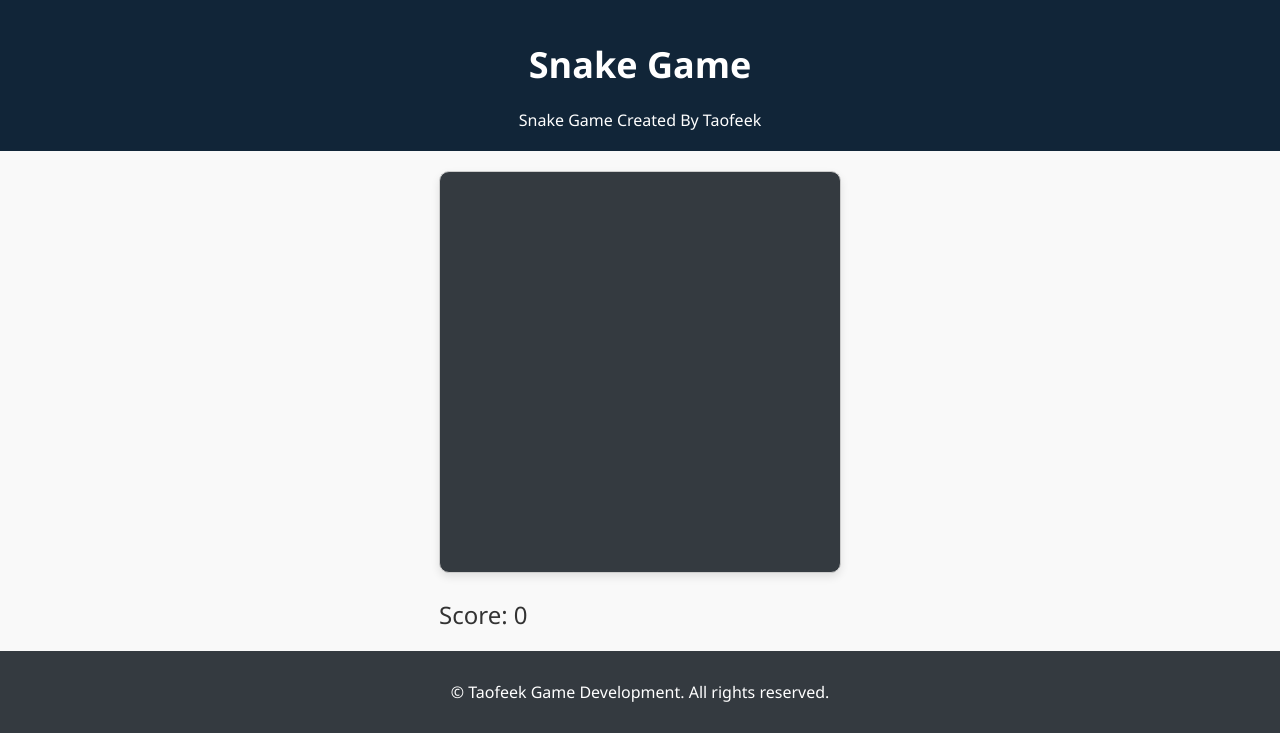
Repository: Taofeekolusola/Landing-page
Page: index.html
These files come from the project's save history. The page is drawn as it stood at one moment and after the next save; the edit follows.
The browser window is 1280 px wide. The pictures show the whole page.

Above is the page before, as saved 2024-05-06 18:16:55.
Not found: script.js

### index.html
<!DOCTYPE html>
<html lang="en">
<head>
    <meta charset="UTF-8">
    <meta name="viewport" content="width=device-width, initial-scale=1.0">
    <title>Snake Game</title>
    <link rel="stylesheet" href="styles.css">
</head>
<body>
    <header>
        <div class="container">
            <h1>Snake Game</h1>
        </div>
        <div class="name">Snake Game Created By Taofeek</div>
    </header>
    <main>
        <div>
            <canvas class="snake"></canvas>
            <div id="score">Score: 0</div>
        </div>
    </main>
    <footer>
        <div class="container">
            <p>&copy; Taofeek Game Development. All rights reserved.</p>
        </div>
    </footer>
    <script src="script.js"></script>
</body>
</html>

### styles.css
body {
    font-family: 'Segoe UI', Tahoma, Geneva, Verdana, sans-serif;
    margin: 0;
    padding: 0;
    display: flex;
    flex-direction: column;
    min-height: 100vh;
    background-color: #f9f9f9;
}

.container {
    width: 80%;
    max-width: 800px;
    margin: 0 auto;
    padding: 20px;
}

header {
    background-color: #112538;
    color: #fff;
    text-align: center;
    padding: 20px 0;
}

header h1 {
    font-size: 36px;
    margin: 0;
}

.snake {
    height: 400px;
    width: 400px;
    margin-top: 20px;
    background-color: #343a40
}

main {
    flex-grow: 1;
    display: flex;
    justify-content: center;
    align-items: center;
}

canvas {
    border: 1px solid #ccc;
    border-radius: 10px;
    box-shadow: 0 4px 8px rgba(0, 0, 0, 0.1);
}

#score {
    margin-top: 20px;
    font-size: 24px;
    color: #333;
}

footer {
    background-color: #343a40;
    color: #fff;
    text-align: center;
    padding: 10px 0;
    margin-top: 20px;
}

footer p {
    margin: 0;
}

After the next save:
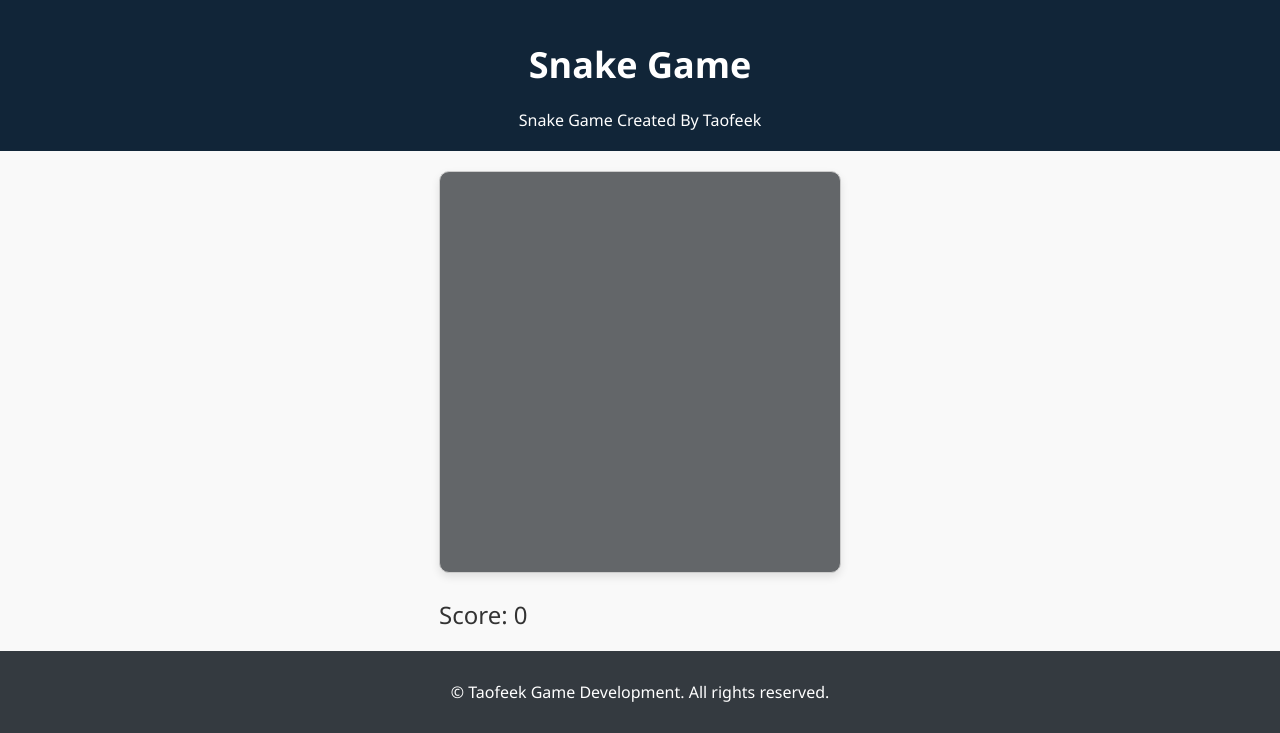
Saved 8 s later.
--- a/styles.css
+++ b/styles.css
@@ -31,7 +31,7 @@ header h1 {
     height: 400px;
     width: 400px;
     margin-top: 20px;
-    background-color: #343a40
+    background-color: #636669
 }
 
 main {
